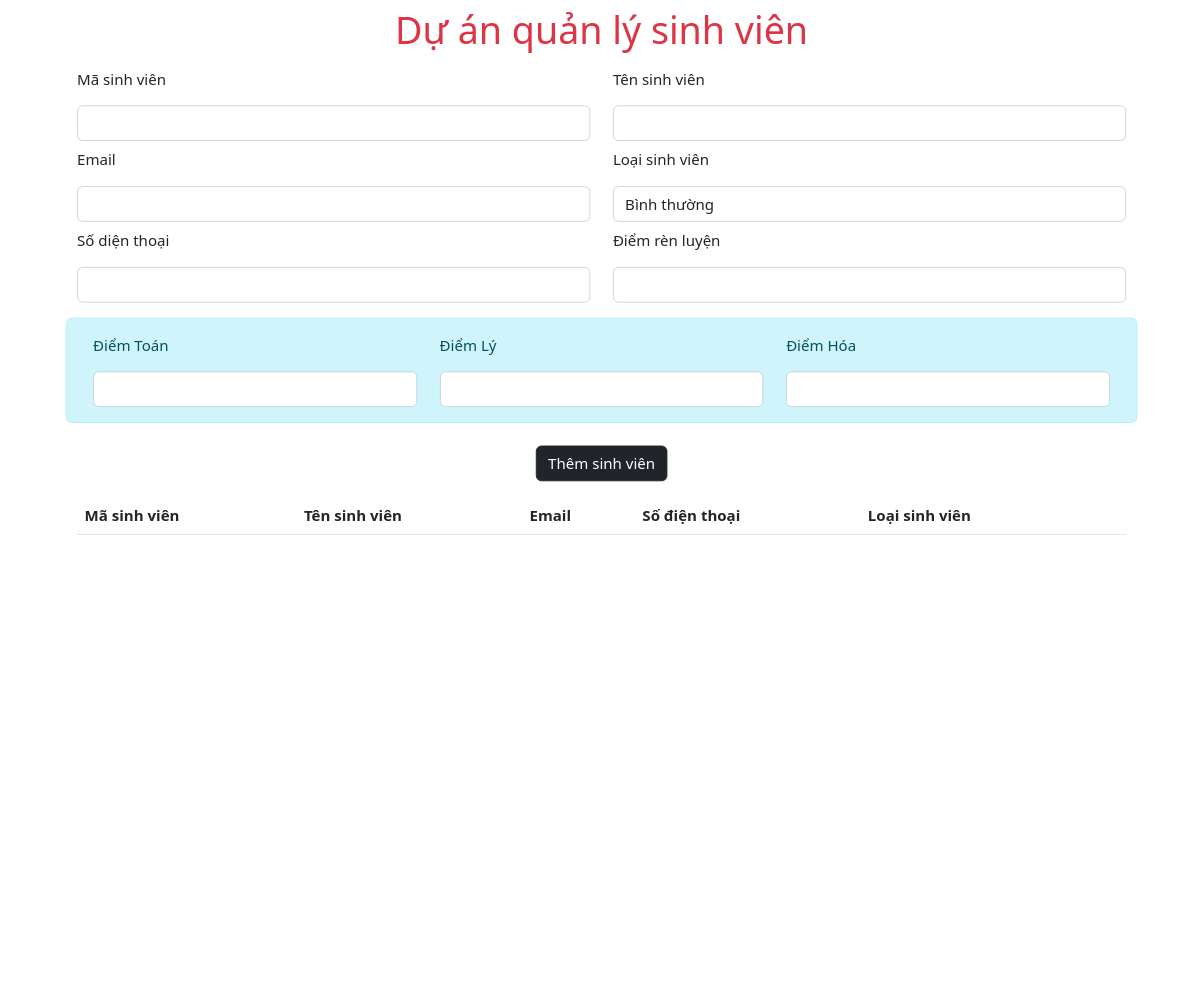
Repository: hcozyph/Cybersoft_JS_OOP
Page: index.html
These files come from the project's save history. The page is drawn as it stood at one moment and after the next save; the edit follows.
The browser window is 1280 px wide. The pictures show the whole page, at 94% of full size.

Above is the page before, as saved 2023-02-26 09:32:41.

After the next save:
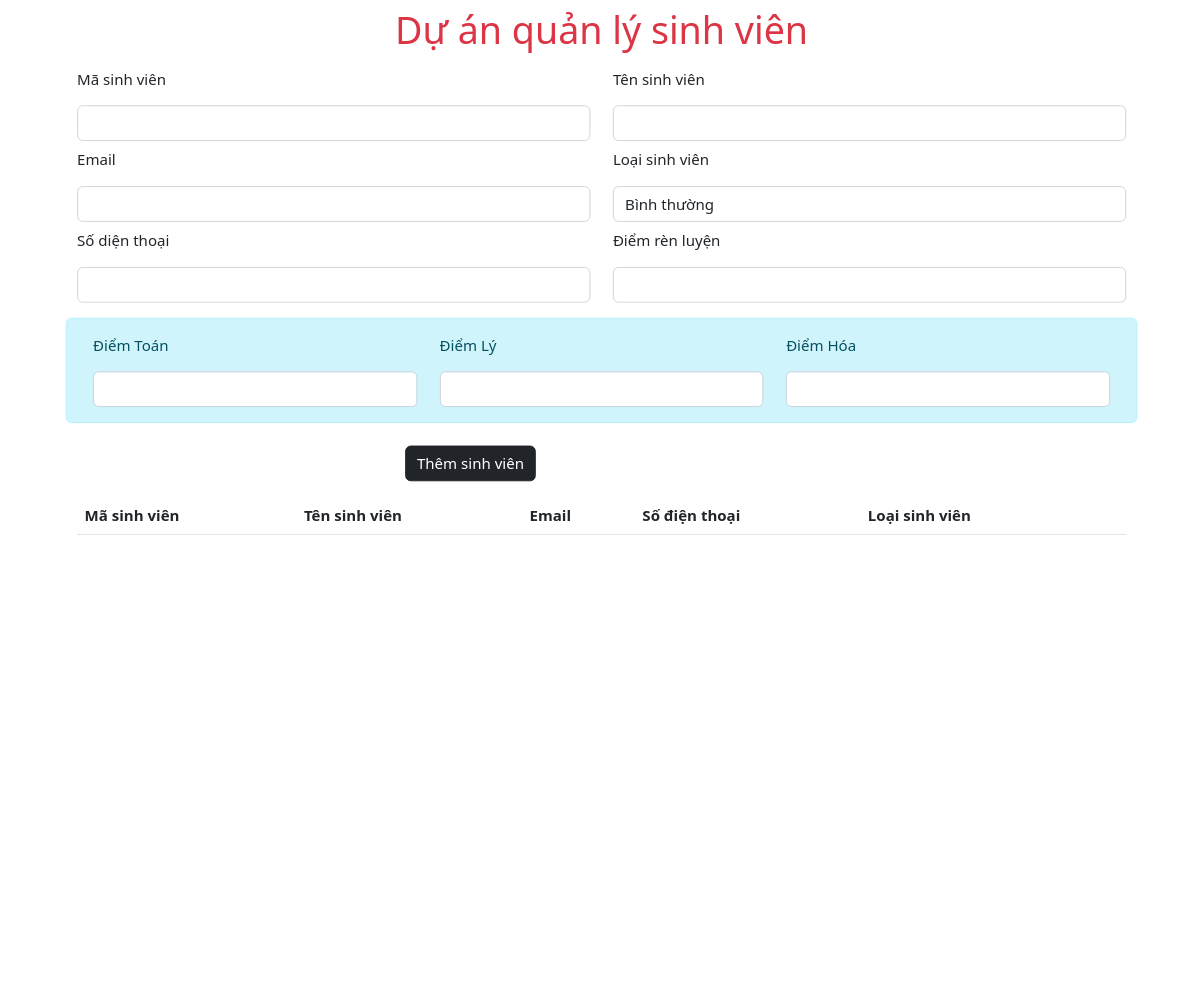
Saved 10 s later.
--- a/index.html
+++ b/index.html
@@ -84,7 +84,7 @@
                     </div>
                 </div>
 
-                <div class="mt-2 text-center">
+                <div class="mt-2 text-center w-75">
                     <button class="btn btn-dark my-2" id="btnThemSinhVien">Thêm sinh viên</button>
                 </div>
 

After the save that followed:
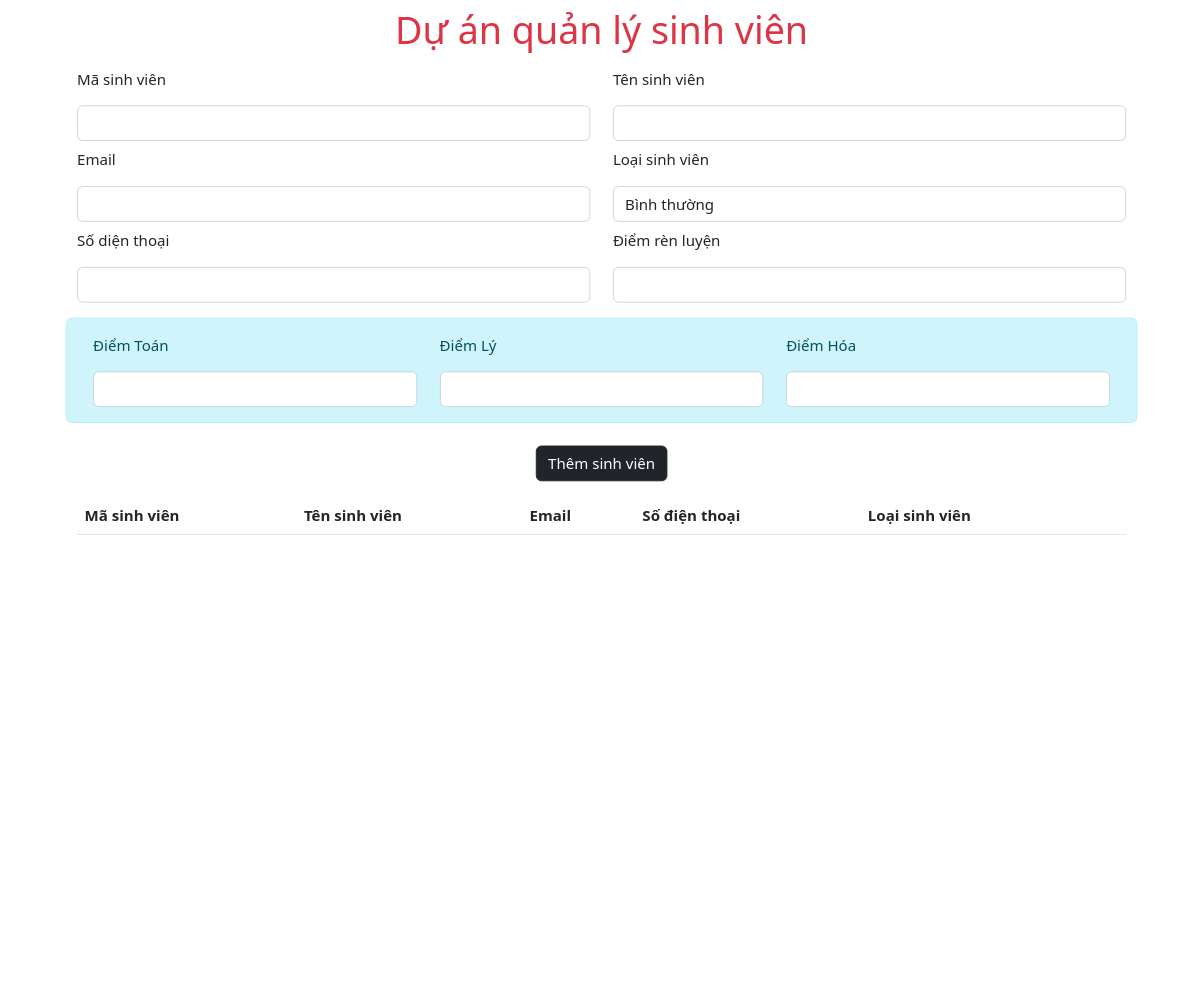
Saved 9 s later.
--- a/index.html
+++ b/index.html
@@ -84,7 +84,7 @@
                     </div>
                 </div>
 
-                <div class="mt-2 text-center w-75">
+                <div class="col mt-2 text-center">
                     <button class="btn btn-dark my-2" id="btnThemSinhVien">Thêm sinh viên</button>
                 </div>
 
